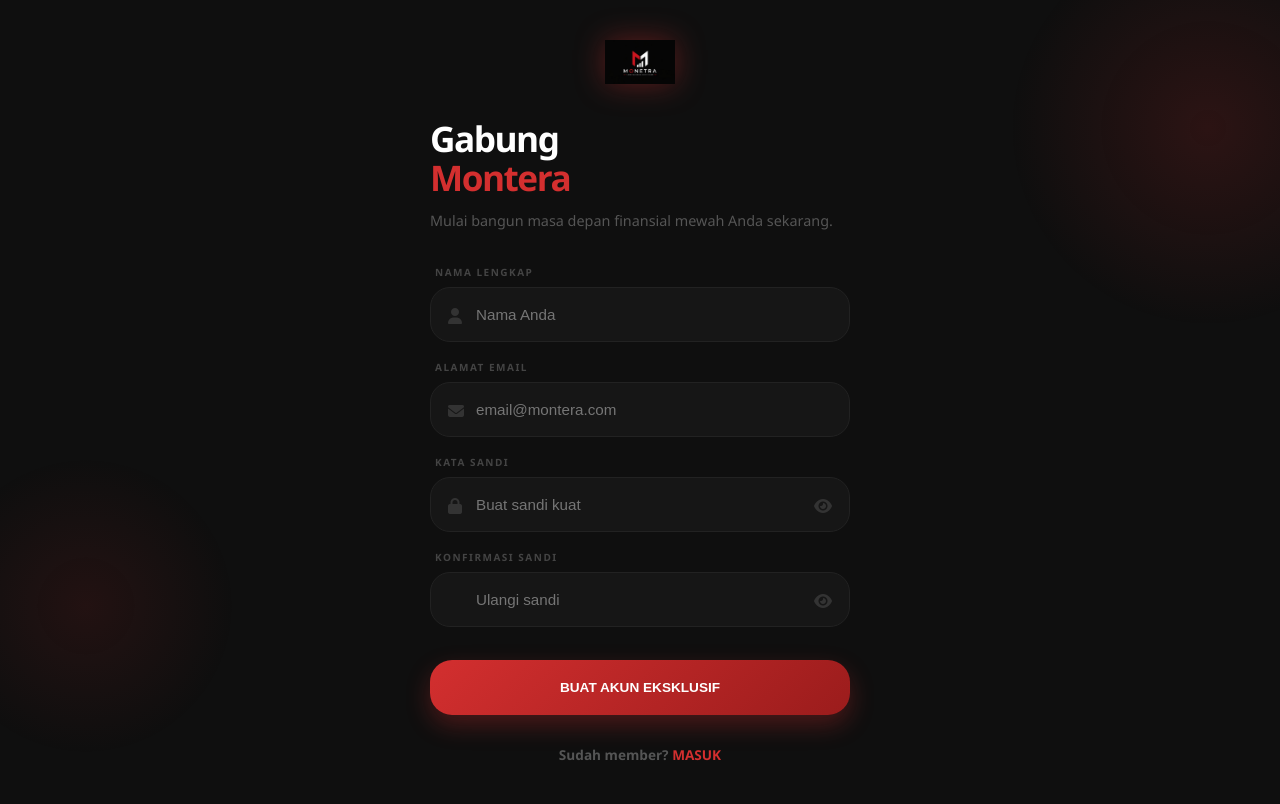
Repository: Tenno1208/montera-app
Page: http://localhost/register
The author's editor kept a copy of each file at every save. The page is drawn from the files as they stood at one save, then again after the next save.
The browser window is 1280 px wide. The pictures show the whole page.
The page is served by the project's Laravel application, run on PHP 8.4 with Laravel 12.

Above is the page before, as saved 2026-04-23 20:24:14.

After the next save:
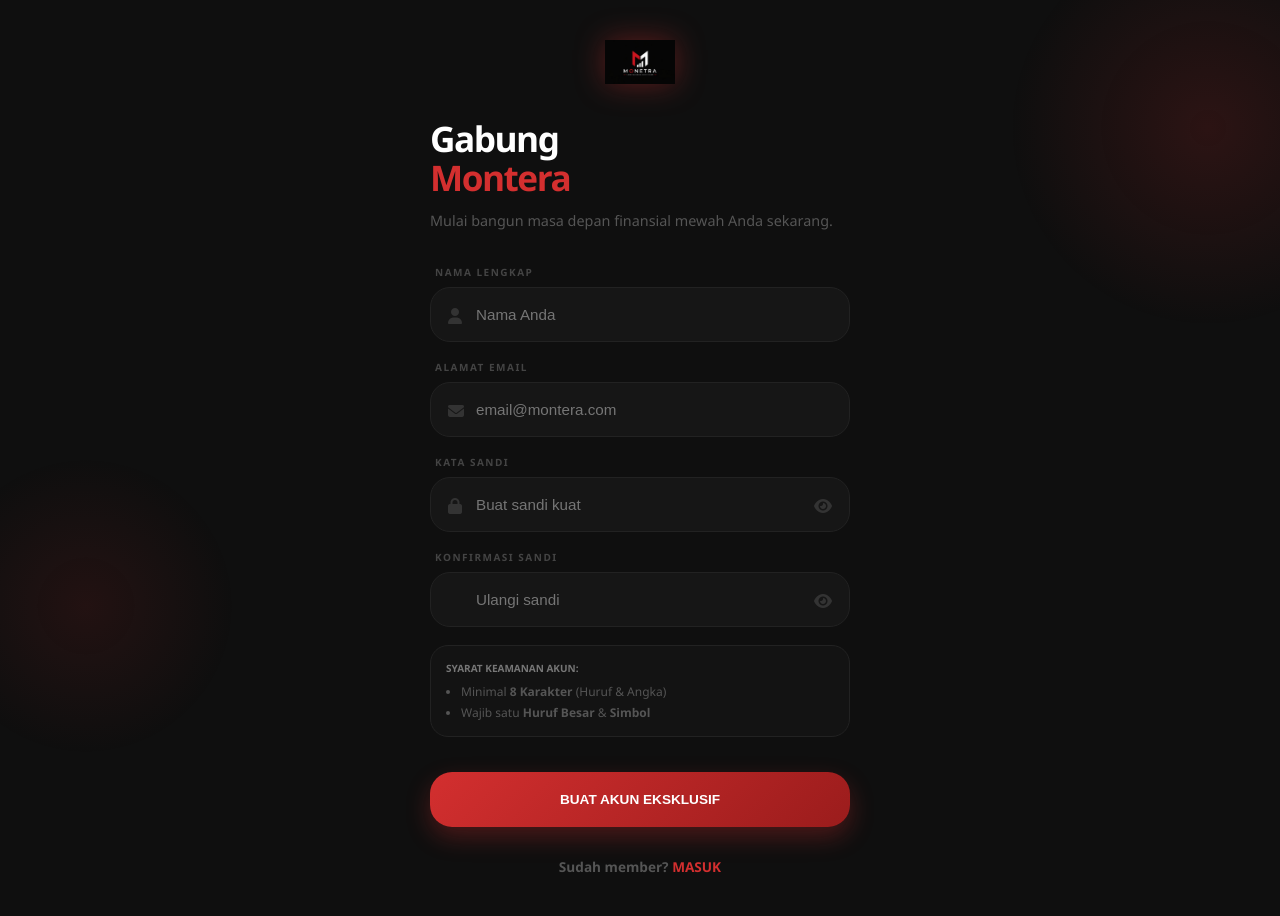
Saved 4 s later.
--- a/resources/views/auth/register.blade.php
+++ b/resources/views/auth/register.blade.php
@@ -118,6 +118,14 @@
                 </div>
             </div>
 
+            <div class="criteria-box">
+                <p>Syarat Keamanan Akun:</p>
+                <ul class="criteria-list">
+                    <li>Minimal <strong>8 Karakter</strong> (Huruf & Angka)</li>
+                    <li>Wajib satu <strong>Huruf Besar</strong> & <strong>Simbol</strong></li>
+                </ul>
+            </div>
+
             <button type="submit" class="btn-register">Buat Akun Eksklusif</button>
 
             <a href="{{ route('login') }}" class="footer-link">Sudah member? <span>MASUK</span></a>
